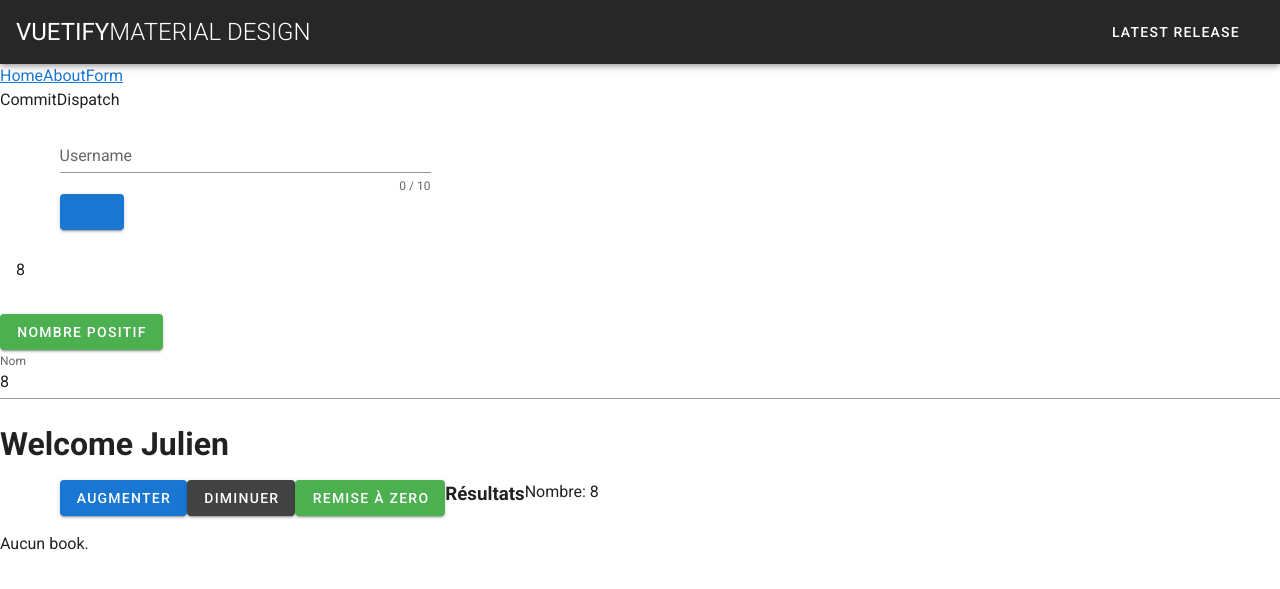
Repository: Symfomany/vuex-testing
Page: /
An editor plug-in stored every save of this project. The page is shown before and after the next save, followed by the edit.
The browser window is 1280 px wide. The pictures show the whole page.
The page's requests for data from a server got no answer. The project was rebuilt for these pictures with package versions that can differ from the ones it lists, and the page was loaded fresh each time. No one was signed in, and anything a server would have sent is missing.

Above is the page before, as saved 2019-07-29 07:44:22.

### public/index.html
<!DOCTYPE html>
<html lang="en">
  <head>
    <meta charset="utf-8">
    <meta http-equiv="X-UA-Compatible" content="IE=edge">
    <meta name="viewport" content="width=device-width,initial-scale=1.0">
    <link rel="icon" href="<%= BASE_URL %>favicon.ico">
    <title>pok</title>
    <link rel="stylesheet" href="https://fonts.googleapis.com/css?family=Roboto:100,300,400,500,700,900">
    <link rel="stylesheet" href="https://cdn.jsdelivr.net/npm/@mdi/font@latest/css/materialdesignicons.min.css">
  </head>
  <body>
    <noscript>
      <strong>We're sorry but pok doesn't work properly without JavaScript enabled. Please enable it to continue.</strong>
    </noscript>
    <div id="app"></div>
    <!-- built files will be auto injected -->
  </body>
</html>

### src/main.js
import Vue from "vue";
import App from "./App.vue";
import router from "./router";
import store from "./store";
import vuetify from "./plugins/vuetify";
import "vuetify/dist/vuetify.min.css"; // Ensure you are using css-loader

Vue.config.productionTip = false;

const app = new Vue({
  router,
  store,
  vuetify,
  render: h => h(App)
}).$mount("#app");

if (window.Cypress) {
  window.app = app;
}

### src/App.vue
<template>
  <v-app>
    <v-app-bar dark app>
      <v-toolbar-title class="headline text-uppercase">
        <span>Vuetify</span>
        <span class="font-weight-light">MATERIAL DESIGN</span>
      </v-toolbar-title>
      <v-spacer></v-spacer>
      <v-btn text href="https://github.com/vuetifyjs/vuetify/releases/latest" target="_blank">
        <span class="mr-2">Latest Release</span>
      </v-btn>
    </v-app-bar>

    <v-content>
      <router-link to="/">Home</router-link>
      <router-link to="/about">About</router-link>
      <router-link to="/form">Form</router-link>

      <router-view></router-view>
    </v-content>
  </v-app>
</template>

<script>
export default {
  name: "App",
  components: {},
  data: () => ({
    //
  })
};
</script>

### src/store.js
import Vue from "vue";
import Vuex from "vuex";

Vue.use(Vuex);

export default new Vuex.Store({
  state: {
    nb: 8,
    books: [],
    message: ""
  },
  getters: {
    getPos(state){
      return state.nb >= 0
    },
    getNb(state) {
      return state.nb;
    },
    getBooks(state) {
      return state.books;
    }
  },
  mutations: {
    testMutation(state,message) {
      state.message = message
    },
    increase(state) {
      state.nb++;
    },
    decrease(state) {
      state.nb--;
    },
    reset(state, nb) {
      state.nb = nb;
    },
    modifyBooks(state, books = []) {
      state.books = books;
    },
    randomBooks(state) {
      state.books.sort(() => 0.5 - Math.random());
    },
    storeUser(state, user) {
      state.user = user;
    }
  },
  actions: {
    testAction(context, msg) {
      context.commit("testMutation", msg);
    },
    storeUser(context, user) {
      context.commit("storeUser", user);
    },
    randomListe(context) {
      context.commit("randomBooks");
    },
    resetListe(context) {
      context.commit("modifyBooks");
    },
    loadBooks(context) {
      fetch("https://jsonplaceholder.typicode.com/todos")
        .then(response => response.json())
        .then(json => context.commit("modifyBooks", json));
    },
    increase(context) {
      context.commit("increase");
    },
    decrease(context) {
      context.commit("decrease");
    },
    reset(context) {
      const nb = Math.floor(Math.random() * 9 + 1);
      context.commit("reset", nb);
    }
  }
});

### src/containers/Home.vue
<template>
  <div class="home">
    <ComponentWithButtons />
    <Send />
    <Nb />

    <h1>Welcome Julien</h1>
    <HelloWorld
      @decrease="decrease"
      @increase="increase"
      @reset="reset"
      :nb="getNb"
      msg="Welcome to Your Vue.js App"
    />
    <Liste
      @randomListe="randomListe"
      @reloadListe="loadBooks"
      @resetListe="resetListe"
      :books="getBooks"
    ></Liste>
  </div>
</template>

<script>
// @ is an alias to /src
import HelloWorld from "@/components/HelloWorld.vue";
import Nb from "@/components/Nb.vue";
import ComponentWithButtons from "@/components/ComponentWithButtons.vue";
import Send from "@/components/Send.vue";


import Liste from "@/components/Liste.vue";

import { mapGetters } from "vuex";
import { mapActions } from "vuex";

export default {
  name: "home",
  components: {
    HelloWorld,
    Send,
    Liste,
    ComponentWithButtons,
    Nb
  },
  methods: {
    ...mapActions([
      "increase",
      "decrease",
      "reset",
      "loadBooks",
      "resetListe",
      "randomListe"
    ])
  },
  created() {
    this.loadBooks();
  },
  computed: {
    // rajouter les accesseurs dans `computed` avec l'opérateur de décomposition
    ...mapGetters(["getNb", "getBooks"])
  }
};
</script>

### src/components/HelloWorld.vue
<template>
  <v-container>
    <v-layout wrap>
      <v-btn @click="$emit('increase')" color="primary">Augmenter</v-btn>
      <v-btn @click="$emit('decrease')" color="secondary">Diminuer</v-btn>
      <v-btn @click="$emit('reset')" color="success">Remise à zero</v-btn>
      <h3>Résultats</h3>
      <p id="resultat">
        Nombre:
        <span id="nb">{{ nb }}</span>
      </p>
    </v-layout>
  </v-container>
</template>

<script>
export default {
  data: () => ({}),
  props: {
    nb: Number,
    increase: Function,
    decrease: Function,
    reset: Function
  }
};
</script>

### src/components/Nb.vue
<template>
  <div>
    <v-alert class="nb">
      {{ nb }}
    </v-alert>
    <v-btn ref="btn" id="btn" :disabled="!positif" color="success">Nombre positif</v-btn>
    <v-text-field v-model="nb" id="inputNb" required label="Nom"></v-text-field>
  </div>
</template>

<script>
export default {
  name: "Nb",
  created(){
      console.log(this.$store.state.nb);
  },
  data() {
    return {
      nb: this.$store.state.nb
    }
  },
  computed: {
    positif() {
      return this.$store.getters.getPos
    }
  }
}
</script>

### src/components/ComponentWithButtons.vue
<template>
  <div>
    <button
      class="commit"
      @click="handleCommit">
      Commit
    </button>

    <button
      class="dispatch"
      @click="handleDispatch">
      Dispatch
    </button>


  </div>
</template>

<script>
export default {
  name: "ComponentWithButtons",

  methods: {
    handleCommit() {
      this.$store.commit("testMutation", { msg: "Test Commit" })
    },

    handleDispatch() {
      this.$store.dispatch("testAction", { msg: "Test Dispatch" })
    },

  }
}
</script>

### src/components/Send.vue
<template>
  <div>
    <v-form v-model="valid" @submit.prevent="handleSubmit">
        <v-container grid-list-xl>
            <v-layout wrap>
                <v-flex xs12 md4>
                    <v-text-field
                        v-model="username"
                        data-username
                        :rules="nameRules"
                        :counter="10"
                        label="Username"
                        required
                    ></v-text-field>
                    <v-btn color="primary" type="submit" value="Envoyer" />
                </v-flex>
            </v-layout>
        </v-container>
    </v-form>

    <div
      class="message"
      v-if="submitted"
    >
      Thank you for your submission, {{ username }}.
    </div>
  </div>
</template>
<script>
  export default {
    name: "Send",

    data() {
      return {
        valid: false,
        username: '',
        submitted: false
      }
    },

    methods: {
      handleSubmit() {
        this.submitted = true
      }
    }
  }
</script>

### src/components/Liste.vue
<template>
  <div class="hello">
    <template v-if="books.length > 0">
      <h3>Les bouquins</h3>
      <v-layout row>
        <v-flex xs12 sm6 offset-sm3>
          <v-card class="mx-auto" max-width="400">
            <v-list id="books" :flat="false" :dense="false">
              <v-list-item :key="book.id" v-for="book in books">
                <v-list-item-content>
                  <v-list-item-title v-text="book.title"></v-list-item-title>
                </v-list-item-content>
              </v-list-item>
            </v-list>
          </v-card>
        </v-flex>
      </v-layout>
      <v-btn @click="$emit('reloadListe')">Reload The liste</v-btn>
      <v-btn @click="$emit('resetListe')">Reset The liste</v-btn>
      <v-btn @click="$emit('randomListe')">Random The liste</v-btn>
    </template>
    <template v-else>
      <p>Aucun book.</p>
    </template>
  </div>
</template>

<script>
export default {
  name: "Liste",
  props: {
    books: {
      type: Array,
      default: function() {
        return [];
      }
    }
  },
  methods: {}
};
</script>

<!-- Add "scoped" attribute to limit CSS to this component only -->
<style scoped lang="scss">
</style>

Loaded but not shown: src/router.js (common file); src/plugins/vuetify.js (common file)

After the next save:
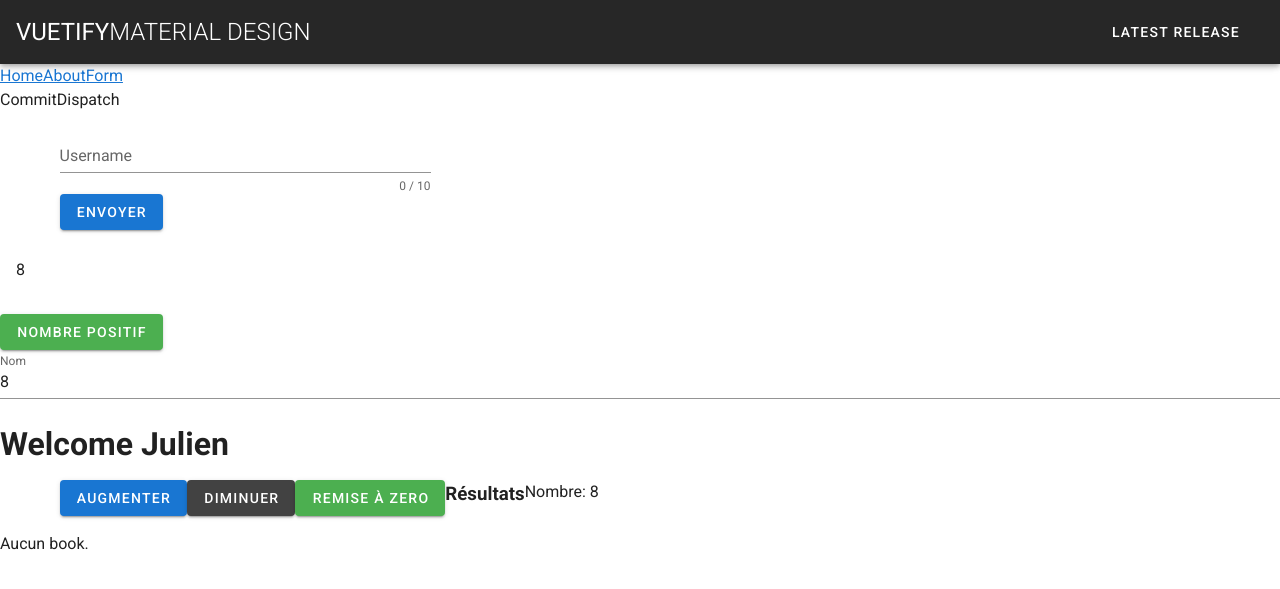
Saved 11 s later.
--- a/src/components/Send.vue
+++ b/src/components/Send.vue
@@ -12,7 +12,7 @@
                         label="Username"
                         required
                     ></v-text-field>
-                    <v-btn color="primary" type="submit" value="Envoyer" />
+                    <v-btn color="primary" type="submit" >Envoyer</v-btn>
                 </v-flex>
             </v-layout>
         </v-container>
